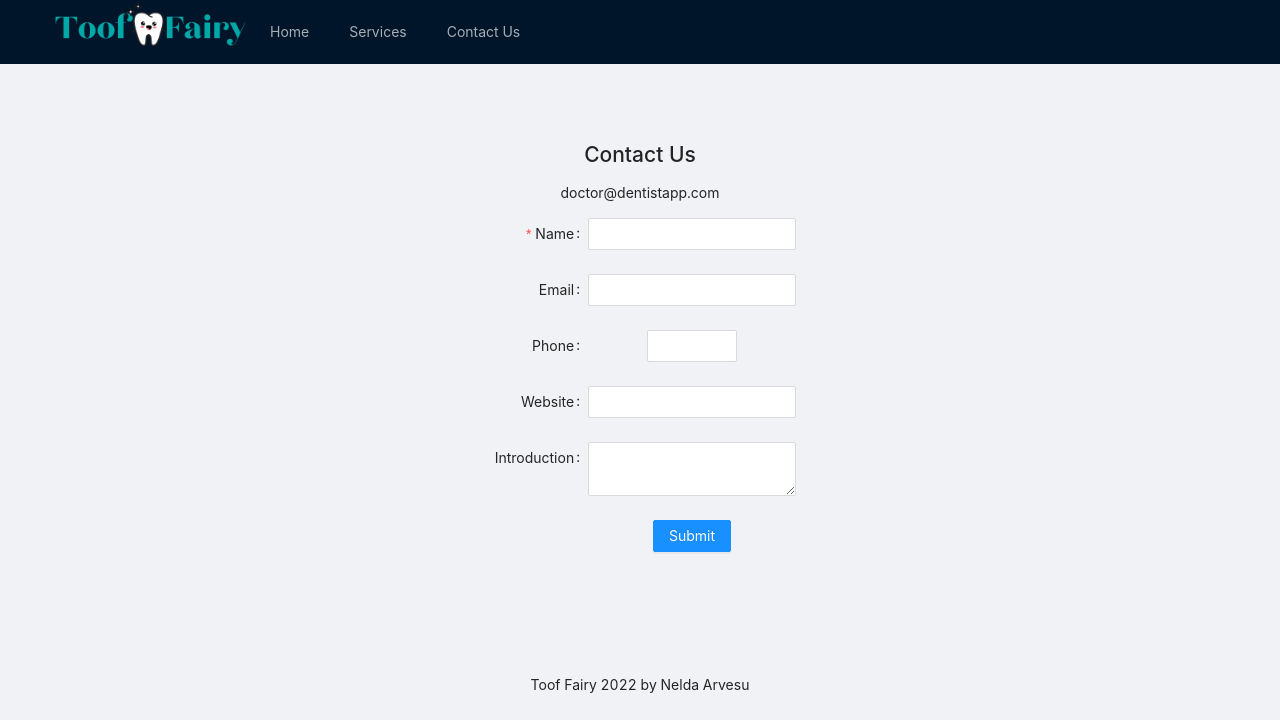
Repository: neldad1/dentist-app
Page: /contact
These files come from the project's save history. The page is drawn as it stood at one moment and after the next save; the edit follows.
The browser window is 1280 px wide. The pictures show the whole page.
The project was rebuilt for these pictures with package versions that can differ from the ones it lists, and the page was loaded fresh each time. Also part of the build but not shown: src/components/Home.jsx, src/components/Services/Cosmetic.jsx, src/components/Services/Resorative.jsx, src/components/Services/Preventative.jsx. Imported but missing from the stored project, and not drawn on this page: src/components/Services.

Above is the page before, as saved 2022-03-09 14:44:27.

After the next save:
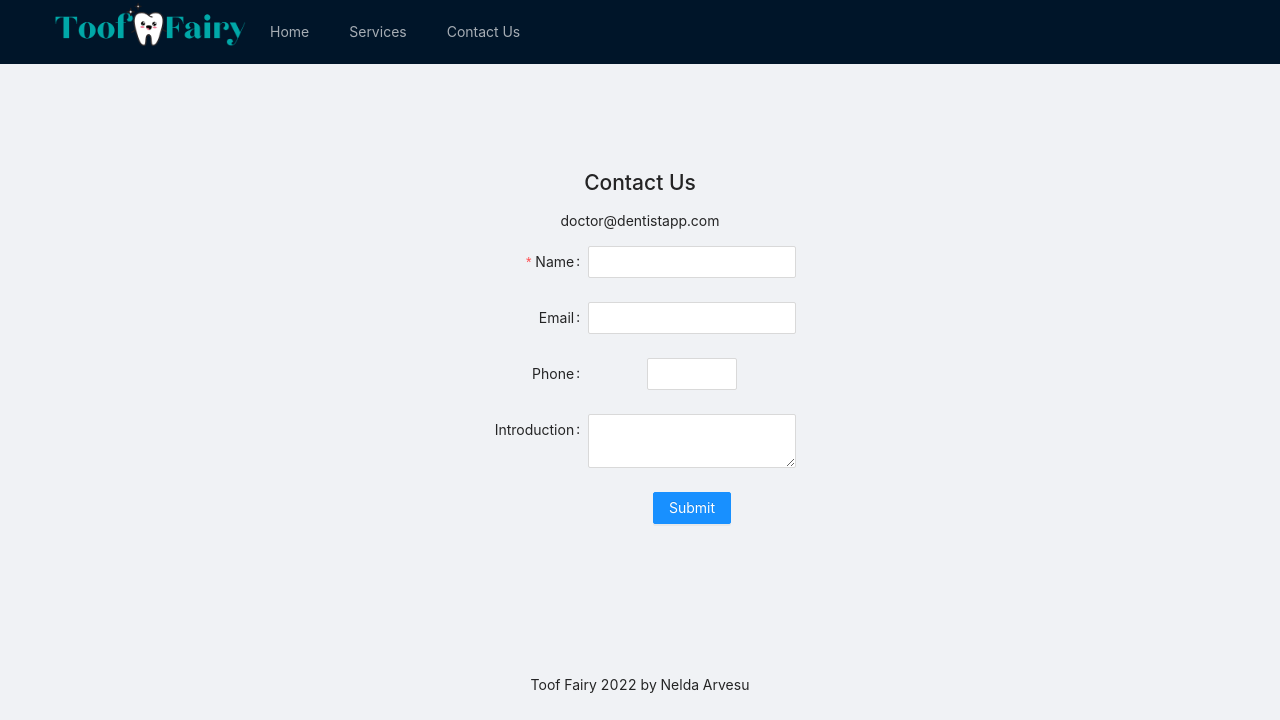
Saved 85 s later.
--- a/src/components/Contact.jsx
+++ b/src/components/Contact.jsx
@@ -72,9 +72,7 @@ const Contact = () => {
         >
           <InputNumber />
         </Form.Item>
-        <Form.Item name={['user', 'website']} label="Website">
-          <Input />
-        </Form.Item>
+
         <Form.Item name={['user', 'introduction']} label="Introduction">
           <Input.TextArea />
         </Form.Item>
